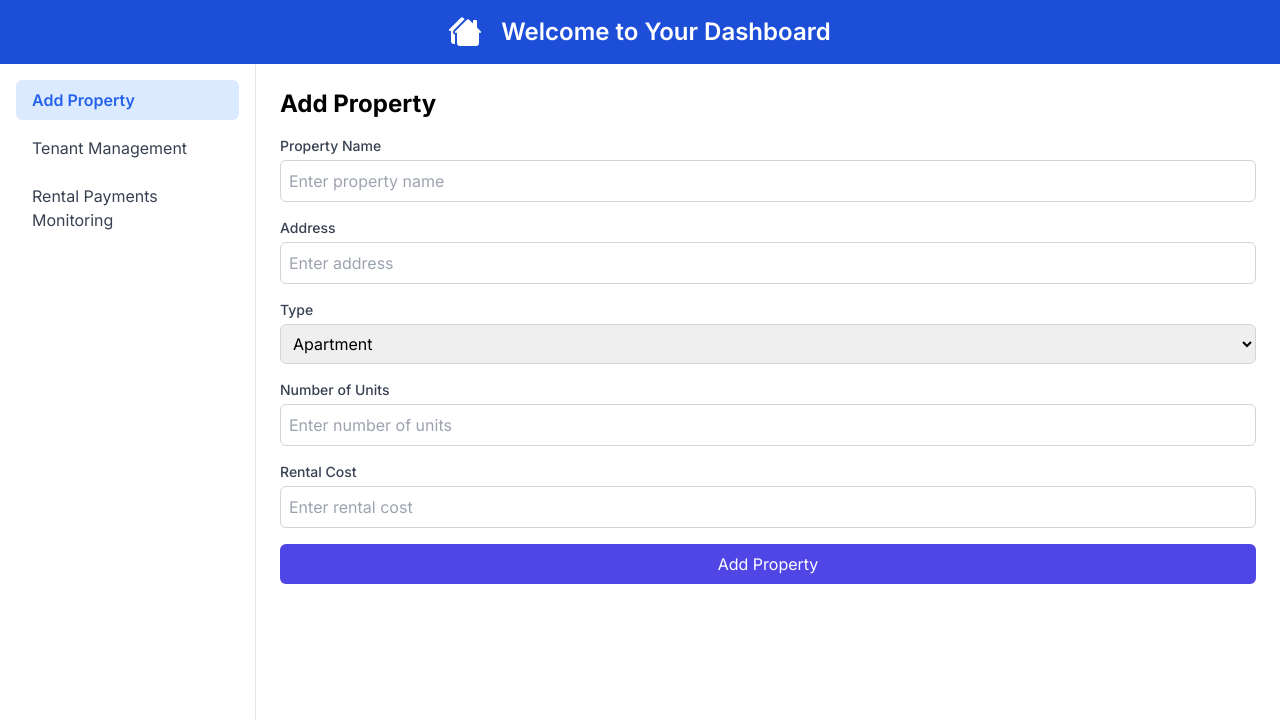
Repository: NassimeElkamari/Horizon-Housing
Page: /dashboard
An editor plug-in stored every save of this project. The page is shown before and after the next save, followed by the edit.
The browser window is 1280 px wide. The pictures show the whole page.
The project was rebuilt for these pictures with package versions that can differ from the ones it lists, and the page was loaded fresh each time. The framework's server and built-in components were replaced by stand-ins that run in the browser. Also part of the build but not shown: next.config.mjs, src/components/TenantManagement.tsx, src/components/PropertiesTable.tsx, src/components/RentalPaymentsMonitoring.tsx.

Above is the page before, as saved 2024-08-28 21:10:48.

After the next save:
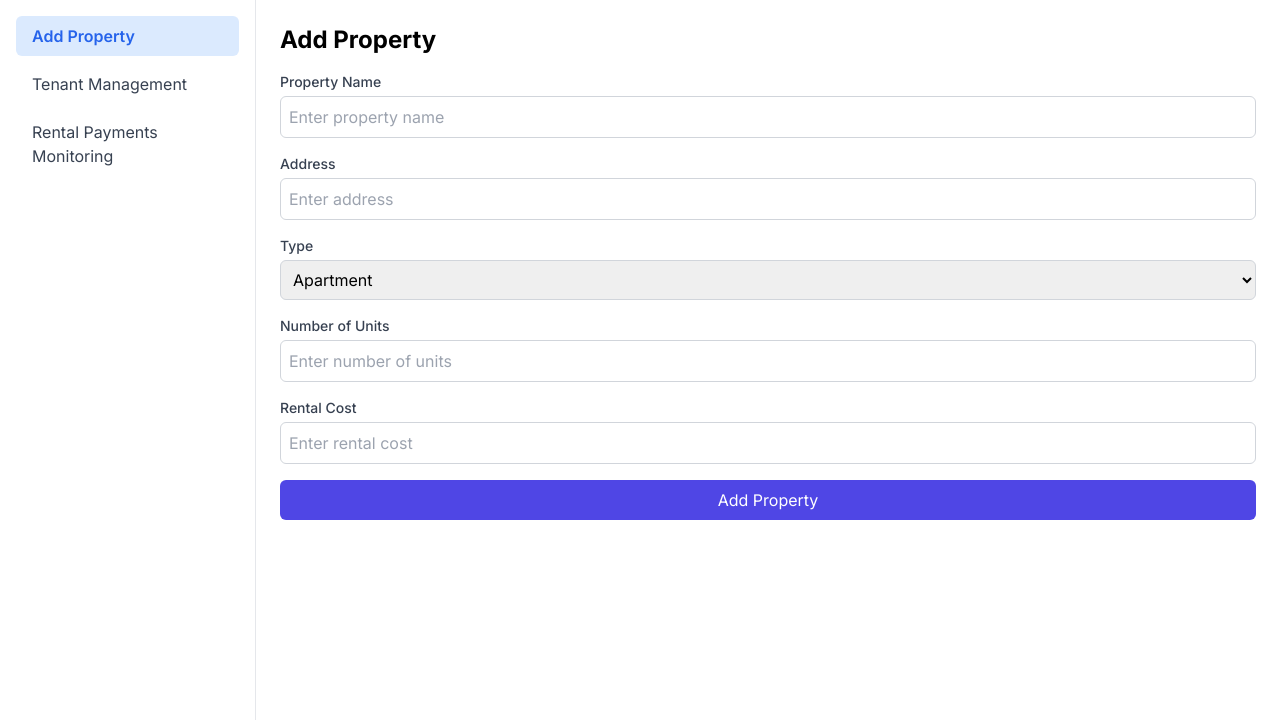
Saved 2 min 16 s later.
--- a/src/app/dashboard/page.tsx
+++ b/src/app/dashboard/page.tsx
@@ -13,10 +13,7 @@ const DashboardPage = () => {
 
   return (
     <div className="min-h-screen flex flex-col bg-gray-50">
-      <header className="bg-blue-700 text-white p-4 shadow-md flex justify-center items-center gap-5">
-        <BsFillHousesFill color='white' className='w-8 h-8'/>
-        <h1 className="text-2xl font-semibold text-center">Welcome to Your Dashboard</h1>
-      </header>
+
 
       <div className="flex flex-1">
         <aside className="bg-white w-64 p-4 shadow-md border-r border-gray-200">
